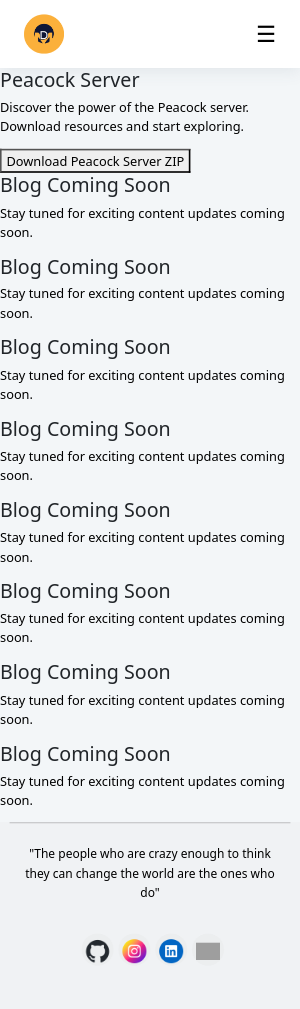
Repository: kaizoku010/firebrand
Page: /blog
The author's editor kept a copy of each file at every save. The page is drawn from the files as they stood at one save, then again after the next save.
The browser window is 375 px wide. The pictures show the whole page, at 80% of full size.
Pictures or frames that could not be fetched are drawn as grey boxes. The project was rebuilt for these pictures with package versions that can differ from the ones it lists, and the page was loaded fresh each time. Also part of the build but not shown: vite.config.js, src/update/homescreen.js, src/update/about.css, src/components/chips.css, src/components/chips.js, src/update/about.js, src/dataPoint/AllProjects.js, src/update/appsPage.js and 2 more.

Above is the page before, as saved 2024-11-11 11:44:42.

After the next save:
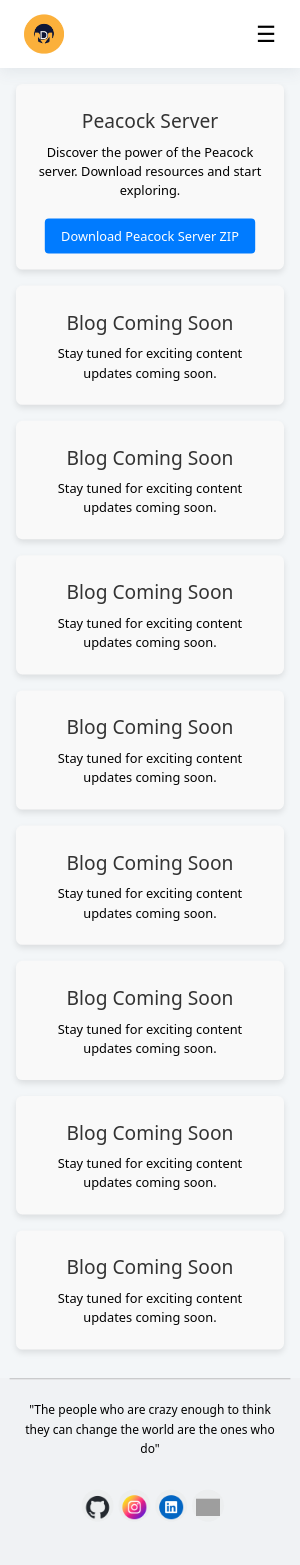
Saved 12 s later.
--- a/src/update/blog.css
+++ b/src/update/blog.css
@@ -2,6 +2,60 @@
 height:100vh;
 
 }
+.blog-grid {
+    display: grid;
+    grid-template-columns: repeat(3, 1fr);
+    gap: 20px;
+    padding: 20px;
+  }
+
+  .blog-item {
+    background-color: #f9f9f9;
+    padding: 20px;
+    border-radius: 8px;
+    box-shadow: 0 4px 8px rgba(0, 0, 0, 0.1);
+    text-align: center;
+  }
+
+  .blog-item-title {
+    font-size: 1.5em;
+    margin: 0.5em 0;
+    color: #333;
+  }
+
+  .blog-item-description {
+    font-size: 1em;
+    color: #666;
+    margin: 0.5em 0;
+  }
+
+  .download-button {
+    margin-top: 15px;
+    padding: 10px 20px;
+    font-size: 1em;
+    color: white;
+    background-color: #007bff;
+    border: none;
+    border-radius: 5px;
+    cursor: pointer;
+  }
+
+  .download-button:hover {
+    background-color: #0056b3;
+  }
+
+  @media (max-width: 768px) {
+    .blog-grid {
+      grid-template-columns: repeat(2, 1fr);
+    }
+  }
+
+  @media (max-width: 480px) {
+    .blog-grid {
+      grid-template-columns: 1fr;
+    }
+  }
+
 
 .blog-container{
 text-align: center;
